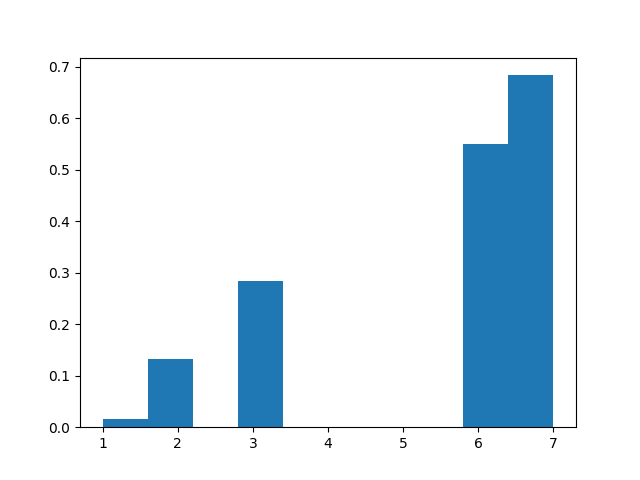
Repository: Rik-Fox/paavi
Script's output: python random_choices.py
These files come from the project's save history. The script's output is drawn as it stood at one moment and after the next save; the edit follows.
Random numbers start from a fixed seed.

Above is the script's output before, as saved 2022-02-02 15:31:41.

After the next save:
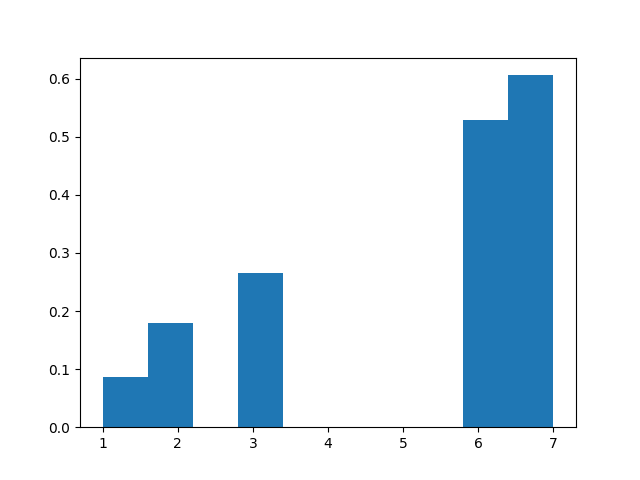
Saved 19 s later.
--- a/random_choices.py
+++ b/random_choices.py
@@ -3,7 +3,7 @@ import matplotlib.pyplot as plt
 
 x = [random.randint(1, 10) for i in range(5)]
 
-samp = [random.choices(x, weights=x)[0] for i in range(100)]
+samp = [random.choices(x, weights=x)[0] for i in range(10000)]
 print(x)
 
 plt.hist(samp, bins=10, density=True)
